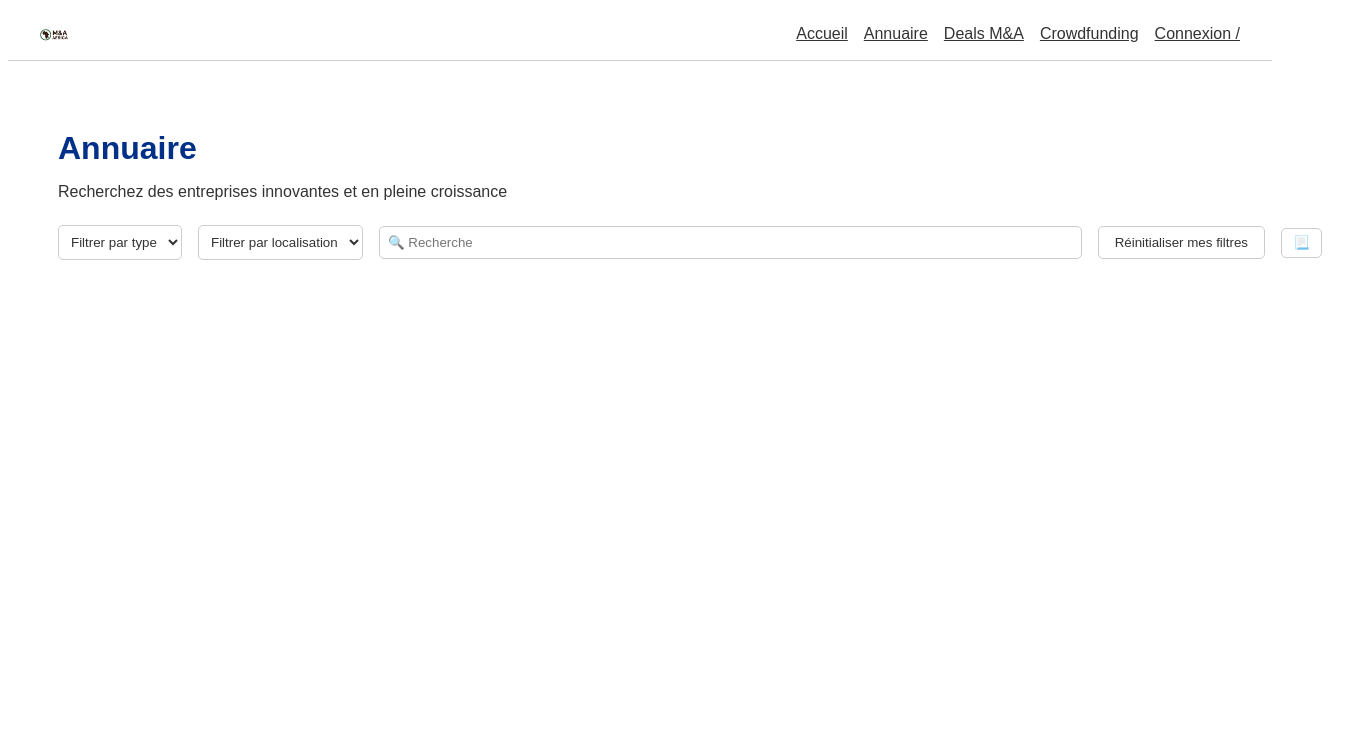
Repository: MFredy25/africa-fusion
Page: /annuaire
The author's editor kept a copy of each file at every save. The page is drawn from the files as they stood at one save, then again after the next save.
The browser window is 1280 px wide. The page is 1372 px wide, then 1352 px, so the pictures cover 1372 px, including what lies to the right of the window. The pictures show the whole page.
The page's requests for data from a server got no answer. The project was rebuilt for these pictures with package versions that can differ from the ones it lists, and the page was loaded fresh each time. The framework's server and built-in components were replaced by stand-ins that run in the browser. No one was signed in, and anything a server would have sent is missing. Also part of the build but not shown: next.config.js, next.config.ts.

Above is the page before, as saved 2025-06-15 12:02:19.

After the next save:
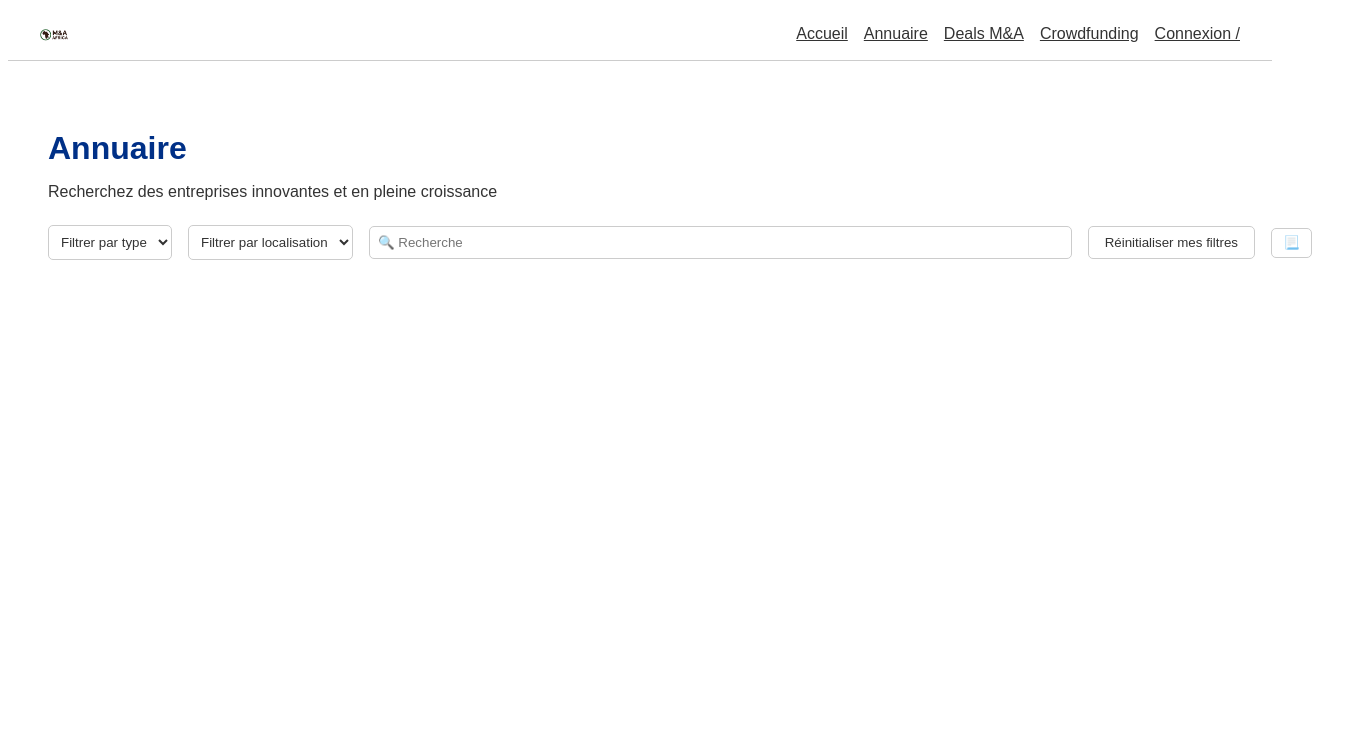
Saved 9 s later.
--- a/src/app/annuaire/page.tsx
+++ b/src/app/annuaire/page.tsx
@@ -173,7 +173,7 @@ export default function Annuaire() {
 <main
   style={{
     flex: '1 0 auto',
-    padding: '3rem 50px', // ← 30 px à gauche et à droite
+    padding: '3rem 40px', // ← 30 px à gauche et à droite
     width: '100%',
   }}
 >
